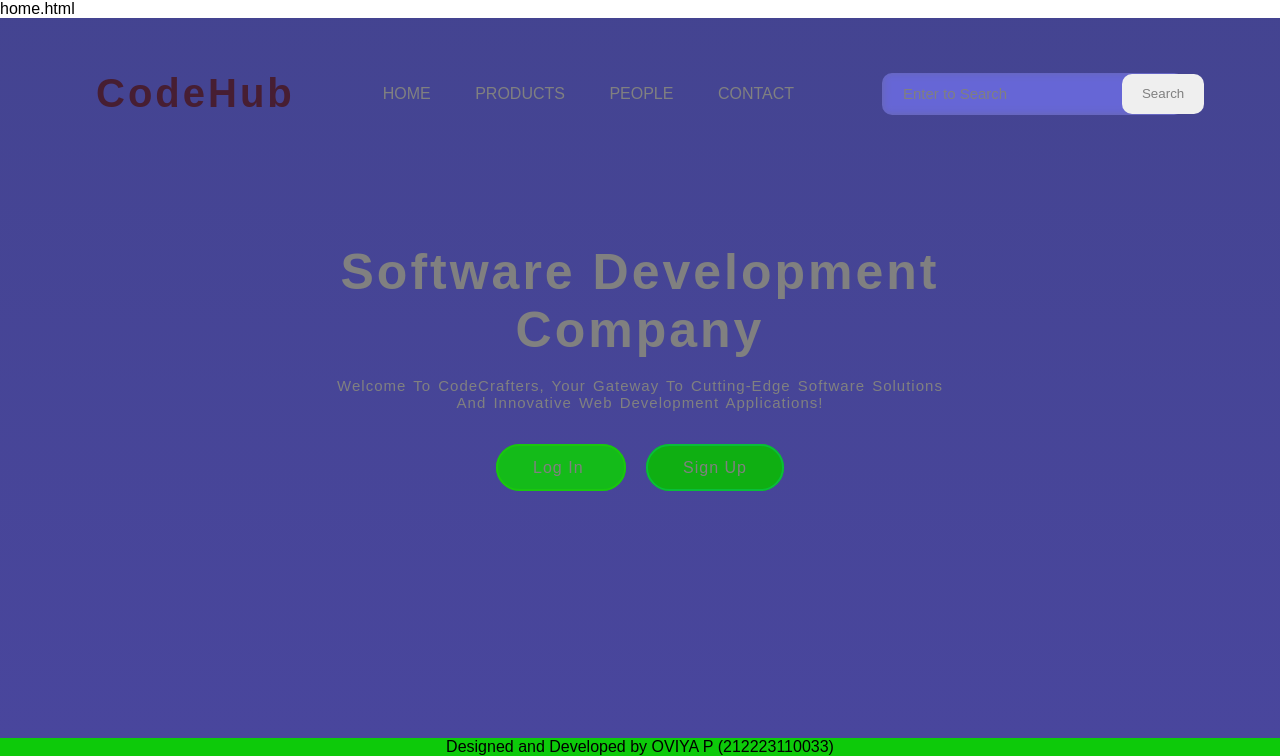
Repository: Oviya24032K6/softweb
Page: oviya/softapp/static/home.html
The author's editor kept a copy of each file at every save. The page is drawn from the files as they stood at one save, then again after the next save.
The browser window is 1280 px wide. The pictures show the whole page.

Above is the page before, as saved 2024-04-23 11:31:18.

### oviya/softapp/static/home.html
home.html

<html>
    <head>
        <meta name="viewport" content="width=device-width, initial-scale=1.0">
        <title> Software Development Company </title>
        <style type="text/css">
            * {
                margin: 0;
                padding: 0;
                font-family: Arial, Helvetica, sans-serif;
            }
            .banner {
                width: 100%;
                height: 100vh;
                background-image: linear-gradient(rgba(5, 5, 108, 0.75),rgba(12, 8, 124, 0.75));
                background-size: cover;
                background-position: center;
            }
            .navbar {
                width: 85%;
                margin: auto;
                padding: 35px 0;
                display: flex;
                align-items: center;
                justify-content: space-between;
            }
            .logo {
                color:#490c05ac;
                font-size: 40px;
                font-weight: 700;
                letter-spacing: 3px;
            }
            span {
                color: gray;
            }
            form {
                width: 300px;
                height: 40px;
                display: flex;
                background: rgba(255, 255, 255, 0.2);
                padding: 1px 1px;
                font-size: 15px;
                border-radius: 10px;
                backdrop-filter: blur(4px) saturate(180%);
            }
            form input {
                background: transparent;
                flex: 1;
                border: 0;
                outline: none;
                padding: 12px 20px;
                font-size: 15px;
                color: gray;
            }
            ::placeholder {
                color: gray;
            }
            form button {
                border: 0;
                outline: none;
                padding: 5px 20px;
                color: gray;
                border-radius: 10px;
                background:##490c05ac;
                cursor: pointer;
            }
            .navbar li {
                list-style: none;
                display: inline-block;
                margin: 0 20px;
                position: relative;
            }
            .navbar li a {
                text-decoration: none;
                color: gray;
                text-transform: uppercase;
            }
            .navbar li:hover {
                border: 1px;
                padding: 10px;
                color: gray;
                background-color:#1dbc3f;
                transition: 0.5s;
                cursor: pointer;
                border-radius: 30px;
            }
            .content {
                position: absolute;
                top: 50%;
                left: 50%;
                transform: translate(-50%,-50%);
                text-align: center;
            }
            .text h2 {
                color: gray;
                font-weight: 800;
                font-size: 50px;
                letter-spacing: 3px;
            }
            .text p {
                color: gray;
                text-transform: capitalize;
                font-size: 15px;
                margin-bottom: 30px;
                word-spacing: 2px;
                letter-spacing: 1px;
            }
            .login {
                margin: 0px 10px;
                border: 2px solid#1ac70e;
                padding: 13px 35px;
                letter-spacing: 1px;
                color: gray;
                border-radius: 30px;
                background-color:#14bb19;
                text-decoration: none;
            }
            .login:hover {
                border: 2px solid#12af31;
                color:#0db118;
                background-color: gray;
                transition: 0.5s;
                cursor: pointer;
            }
            .signup {
                margin: 0px 10px;
                border: 2px solid#09be39;
                padding: 13px 35px;
                letter-spacing: 1px;
                color: gray;
                border-radius: 30px;
                background-color:#0faf12;
                text-decoration: none;
            }
            .signup:hover {
                border: 2px solid#0dc040;
                color:#0f9d26;
                background-color: gray;
                transition: 0.5s;
                cursor: pointer;
            }
            footer {
                background-color:#0dca0a;
                margin-top: auto;
            }
        </style>
    </head>
<body>
    <div class="banner">
        <br>
        <div class="navbar">
            <h1 class="logo">CodeHub</h1>
            <ul>
                <li><a href="http://127.0.0.1:8000/static/home.html"> Home </a></li>
                <li><a href="http://127.0.0.1:8000/static/product.html"> Products </a></li>
                <li><a href="http://127.0.0.1:8000/static/people.html"> People </a></li>
                <li><a href="http://127.0.0.1:8000/static/contact.html"> Contact </a></li>
            </ul>
            <form action="" method="get">
                <input type="text" placeholder="Enter to Search">
                <button type="submit"> Search </button>
            </form>
        </div>
        <div class="content">
            <div class="text">
                <h2> Software Development Company </h2>
                <br>
                <p> Welcome to CodeCrafters, your gateway to cutting-edge software solutions and innovative web development applications! </p>
                <br>
                <div>
                    <a href="#" class="login"> Log In </a>
                    <a href="#" class="signup"> Sign Up </a>
                </div>
            </div>
        </div>
    </div>
    <footer>
        <center> Designed and Developed by OVIYA P (212223110033) </center>
    </footer>
</body>
</html>

After the next save:
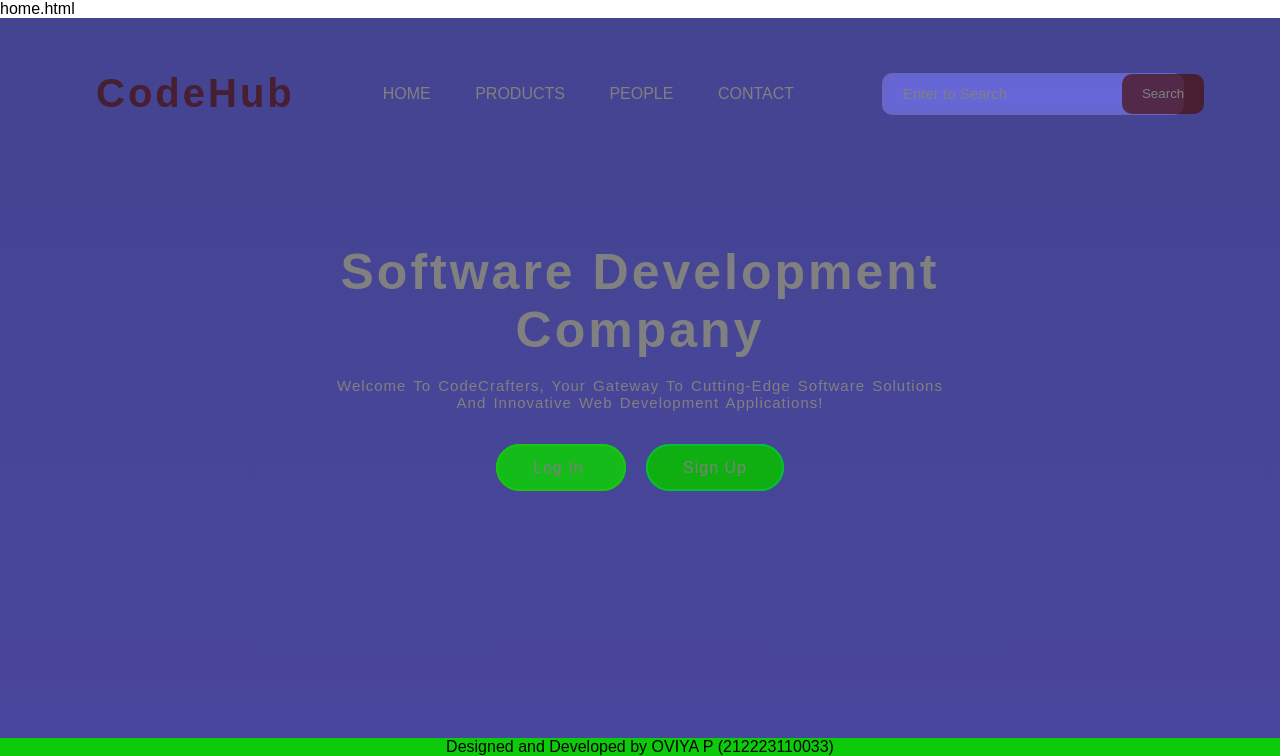
Saved 4 s later.
--- a/oviya/softapp/static/home.html
+++ b/oviya/softapp/static/home.html
@@ -62,7 +62,7 @@ home.html
                 padding: 5px 20px;
                 color: gray;
                 border-radius: 10px;
-                background:##490c05ac;
+                background:#490c05ac;
                 cursor: pointer;
             }
             .navbar li {
